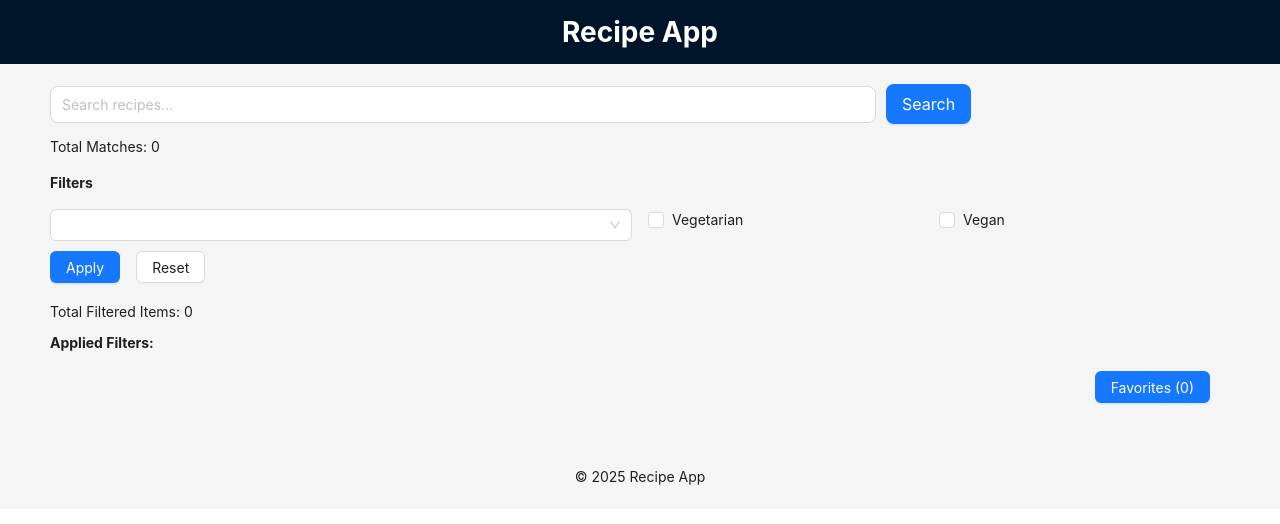
Repository: rajeshwaranslv/recipe-era
Page: /
An editor plug-in stored every save of this project. The page is shown before and after the next save, followed by the edit.
The browser window is 1280 px wide. The pictures show the whole page.
The page's requests for data from a server got no answer. The project was rebuilt for these pictures with package versions that can differ from the ones it lists, and the page was loaded fresh each time. No one was signed in, and anything a server would have sent is missing.

Above is the page before, as saved 2025-01-26 11:38:09.

After the next save:
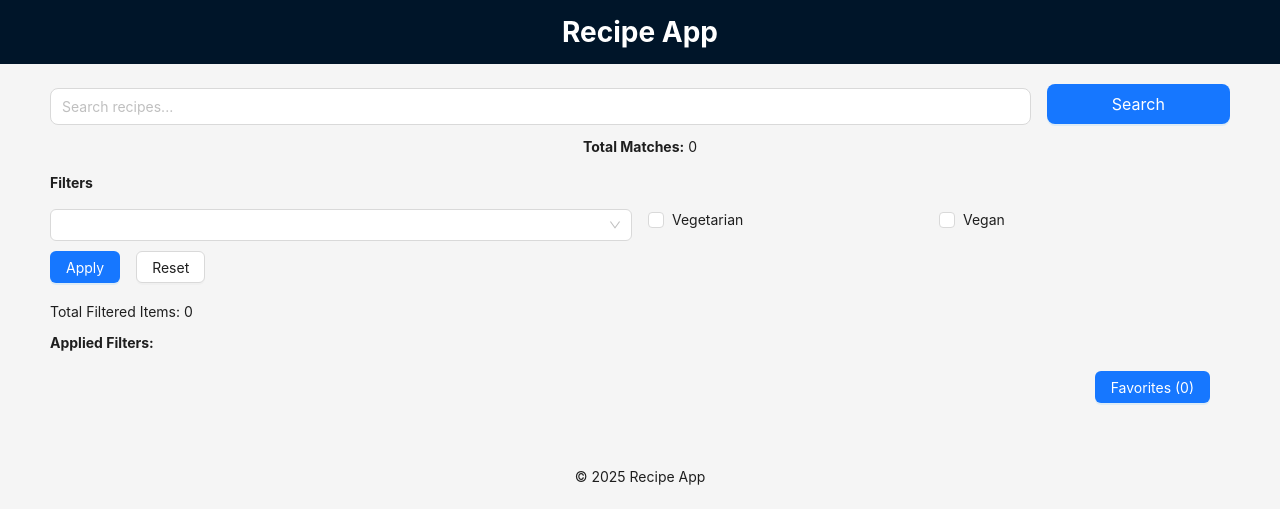
Saved 5 min 41 s later.
--- a/src/components/SearchBar.js
+++ b/src/components/SearchBar.js
@@ -1,5 +1,5 @@
 import React, { useState, useEffect } from 'react';
-import { Input, Button, message, AutoComplete } from 'antd';
+import { Input, Button, message, AutoComplete, Row, Col } from 'antd';
 import { useDispatch, useSelector } from 'react-redux';
 import { fetchRecipes } from '../redux/actions/recipeActions';
 
@@ -8,50 +8,74 @@
   const [suggestions, setSuggestions] = useState([]);
   const dispatch = useDispatch();
 
+  // Fetch suggestions based on the query
   useEffect(() => {
-    if (query) {
-      fetch(`https://api.edamam.com/search?q=${query}&app_id=a5de3521&app_key=28f8a20bd893e2740e68d4bbb349b977&from=0&to=5`)
+    if (query.trim()) {
+      fetch(
+        `https://api.edamam.com/search?q=${query}&app_id=a5de3521&app_key=28f8a20bd893e2740e68d4bbb349b977&from=0&to=5`
+      )
         .then((response) => response.json())
         .then((data) => {
-          const suggestions = data.hits.map((hit) => hit.recipe.label);
-          setSuggestions(suggestions);
+          // Safely check if data.hits exists and is an array
+          if (Array.isArray(data?.hits)) {
+            const recipeSuggestions = data.hits.map((hit) => ({
+              value: hit.recipe.label, // Use label as suggestion
+            }));
+            setSuggestions(recipeSuggestions);
+          } else {
+            setSuggestions([]); // Reset suggestions if hits is undefined or not an array
+          }
+        })
+        .catch((err) => {
+          console.error('Error fetching suggestions:', err);
+          setSuggestions([]);
         });
     } else {
       setSuggestions([]);
     }
   }, [query]);
 
+  // Handle the search action
   const handleSearch = () => {
-    if (!query) {
+    if (!query.trim()) {
       message.warning('Please enter a search query');
       return;
     }
-    dispatch(fetchRecipes(query)); // Dispatch action to fetch recipes based on the query
+    dispatch(fetchRecipes(query.trim())); // Dispatch action to fetch recipes
   };
 
-  const recipeCount = useSelector((state) => state.recipes.recipes.length);
+  // Fetch recipe count from the Redux store
+  const recipeCount = useSelector((state) => state.recipes.recipes?.length || 0);
 
   return (
     <div className="mb-4">
-      <AutoComplete
-        style={{ width: '70%', marginRight: '10px' }}
-        options={suggestions.map((suggestion) => ({ value: suggestion }))}
-        onSelect={(value) => setQuery(value)}
-      >
-        <Input
-          placeholder="Search recipes..."
-          value={query}
-          onChange={(e) => setQuery(e.target.value)}
-          size="large"
-          onPressEnter={handleSearch}
-        />
-      </AutoComplete>
-      <Button type="primary" size="large" onClick={handleSearch}>
-        Search
-      </Button>
+      <Row gutter={16} align="middle">
+        <Col xs={24} sm={18} md={20}>
+          <AutoComplete
+            style={{ width: '100%' }}
+            options={suggestions}
+            onSelect={(value) => setQuery(value)}
+          >
+            <Input
+              placeholder="Search recipes..."
+              value={query}
+              onChange={(e) => setQuery(e.target.value)}
+              size="large"
+              onPressEnter={handleSearch}
+            />
+          </AutoComplete>
+        </Col>
+        <Col xs={24} sm={6} md={4}>
+          <Button type="primary" size="large" onClick={handleSearch} block>
+            Search
+          </Button>
+        </Col>
+      </Row>
 
-      <div style={{ marginTop: '10px' }}>
-        <p>Total Matches: {recipeCount}</p>
+      <div style={{ marginTop: '10px', textAlign: 'center' }}>
+        <p>
+          <strong>Total Matches:</strong> {recipeCount}
+        </p>
       </div>
     </div>
   );

After the save that followed:
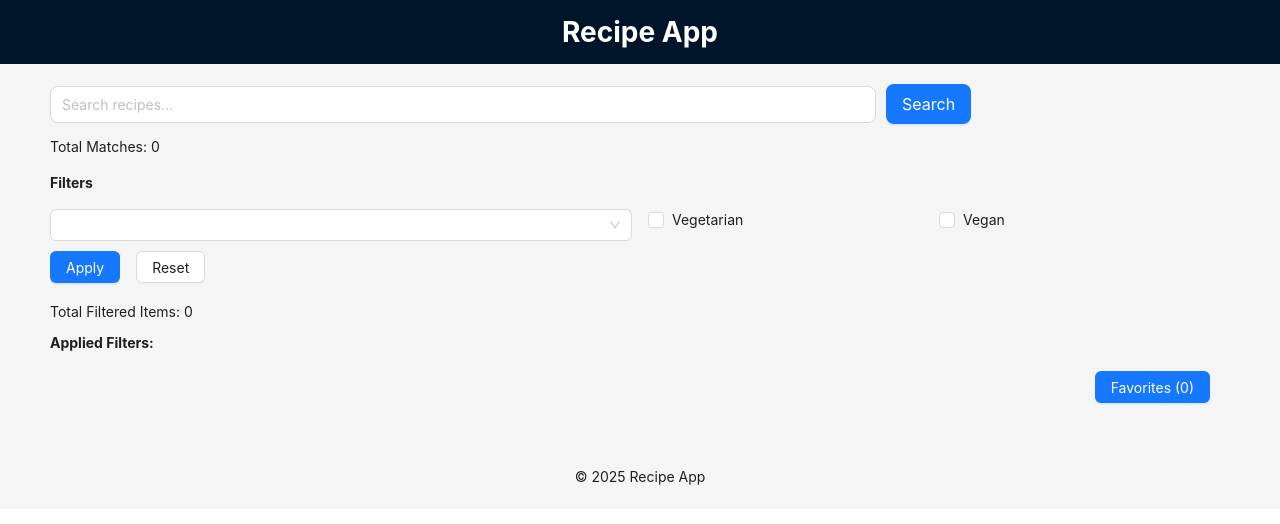
Saved 10 s later.
--- a/src/components/SearchBar.js
+++ b/src/components/SearchBar.js
@@ -1,5 +1,5 @@
 import React, { useState, useEffect } from 'react';
-import { Input, Button, message, AutoComplete, Row, Col } from 'antd';
+import { Input, Button, message, AutoComplete } from 'antd';
 import { useDispatch, useSelector } from 'react-redux';
 import { fetchRecipes } from '../redux/actions/recipeActions';
 
@@ -8,74 +8,50 @@
   const [suggestions, setSuggestions] = useState([]);
   const dispatch = useDispatch();
 
-  // Fetch suggestions based on the query
   useEffect(() => {
-    if (query.trim()) {
-      fetch(
-        `https://api.edamam.com/search?q=${query}&app_id=a5de3521&app_key=28f8a20bd893e2740e68d4bbb349b977&from=0&to=5`
-      )
+    if (query) {
+      fetch(`https://api.edamam.com/search?q=${query}&app_id=a5de3521&app_key=28f8a20bd893e2740e68d4bbb349b977&from=0&to=5`)
         .then((response) => response.json())
         .then((data) => {
-          // Safely check if data.hits exists and is an array
-          if (Array.isArray(data?.hits)) {
-            const recipeSuggestions = data.hits.map((hit) => ({
-              value: hit.recipe.label, // Use label as suggestion
-            }));
-            setSuggestions(recipeSuggestions);
-          } else {
-            setSuggestions([]); // Reset suggestions if hits is undefined or not an array
-          }
-        })
-        .catch((err) => {
-          console.error('Error fetching suggestions:', err);
-          setSuggestions([]);
+          const suggestions = data.hits.map((hit) => hit.recipe.label);
+          setSuggestions(suggestions);
         });
     } else {
       setSuggestions([]);
     }
   }, [query]);
 
-  // Handle the search action
   const handleSearch = () => {
-    if (!query.trim()) {
+    if (!query) {
       message.warning('Please enter a search query');
       return;
     }
-    dispatch(fetchRecipes(query.trim())); // Dispatch action to fetch recipes
+    dispatch(fetchRecipes(query)); // Dispatch action to fetch recipes based on the query
   };
 
-  // Fetch recipe count from the Redux store
-  const recipeCount = useSelector((state) => state.recipes.recipes?.length || 0);
+  const recipeCount = useSelector((state) => state.recipes.recipes.length);
 
   return (
     <div className="mb-4">
-      <Row gutter={16} align="middle">
-        <Col xs={24} sm={18} md={20}>
-          <AutoComplete
-            style={{ width: '100%' }}
-            options={suggestions}
-            onSelect={(value) => setQuery(value)}
-          >
-            <Input
-              placeholder="Search recipes..."
-              value={query}
-              onChange={(e) => setQuery(e.target.value)}
-              size="large"
-              onPressEnter={handleSearch}
-            />
-          </AutoComplete>
-        </Col>
-        <Col xs={24} sm={6} md={4}>
-          <Button type="primary" size="large" onClick={handleSearch} block>
-            Search
-          </Button>
-        </Col>
-      </Row>
+      <AutoComplete
+        style={{ width: '70%', marginRight: '10px' }}
+        options={suggestions.map((suggestion) => ({ value: suggestion }))}
+        onSelect={(value) => setQuery(value)}
+      >
+        <Input
+          placeholder="Search recipes..."
+          value={query}
+          onChange={(e) => setQuery(e.target.value)}
+          size="large"
+          onPressEnter={handleSearch}
+        />
+      </AutoComplete>
+      <Button type="primary" size="large" onClick={handleSearch}>
+        Search
+      </Button>
 
-      <div style={{ marginTop: '10px', textAlign: 'center' }}>
-        <p>
-          <strong>Total Matches:</strong> {recipeCount}
-        </p>
+      <div style={{ marginTop: '10px' }}>
+        <p>Total Matches: {recipeCount}</p>
       </div>
     </div>
   );
